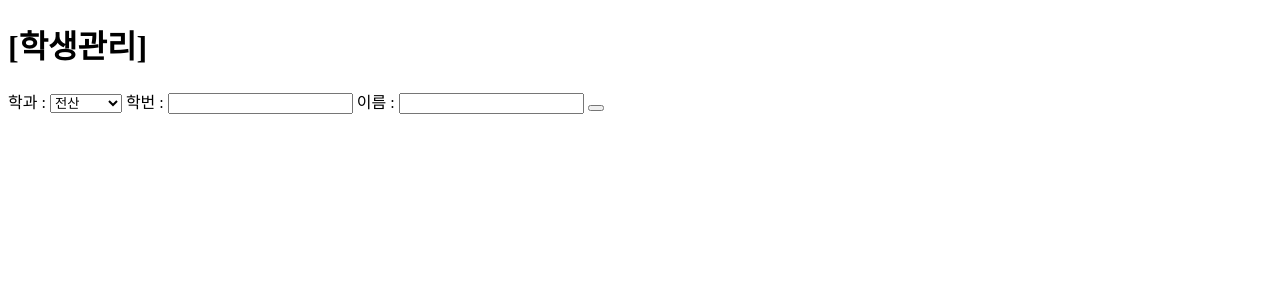
Repository: whwlsghkstm/html
Page: Ex0508/WebContent/slist.html
The author's editor kept a copy of each file at every save. The page is drawn from the files as they stood at one save, then again after the next save.
The browser window is 1280 px wide. The pictures show the whole page.

Above is the page before, as saved 2020-05-08 00:45:01.

### Ex0508/WebContent/slist.html
<!DOCTYPE html>
<html>
<head>
	<meta charset="UTF-8">
	<title>밤새 모니터에 튀긴 침이 마르기도 전에</title>
</head>
<body>
	<h1>[학생관리]</h1>
	<div>
		학과 : <select id="dept">
			<option>전산</option>
			<option>전자</option>
			<option>건축</option>
			<option>실용음악</option>
		</select>
		학번 : <input type="text" id="scode" maxlength=8>
		이름 : <input type="text" id="sname">
		<button id="btnSearch" value="검색"></button>
	</div>
</body>
</html>

After the next save:
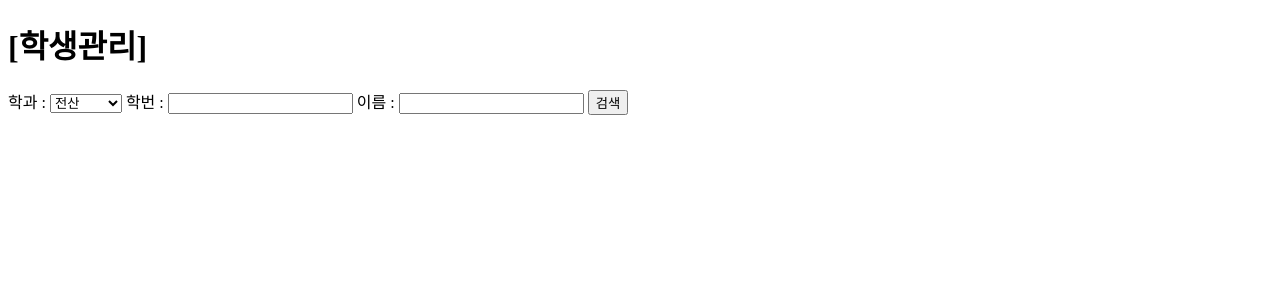
Saved 13 s later.
--- a/Ex0508/WebContent/slist.html
+++ b/Ex0508/WebContent/slist.html
@@ -15,7 +15,7 @@
 		</select>
 		학번 : <input type="text" id="scode" maxlength=8>
 		이름 : <input type="text" id="sname">
-		<button id="btnSearch" value="검색"></button>
+		<button id="btnSearch">검색</button>
 	</div>
 </body>
 </html>
